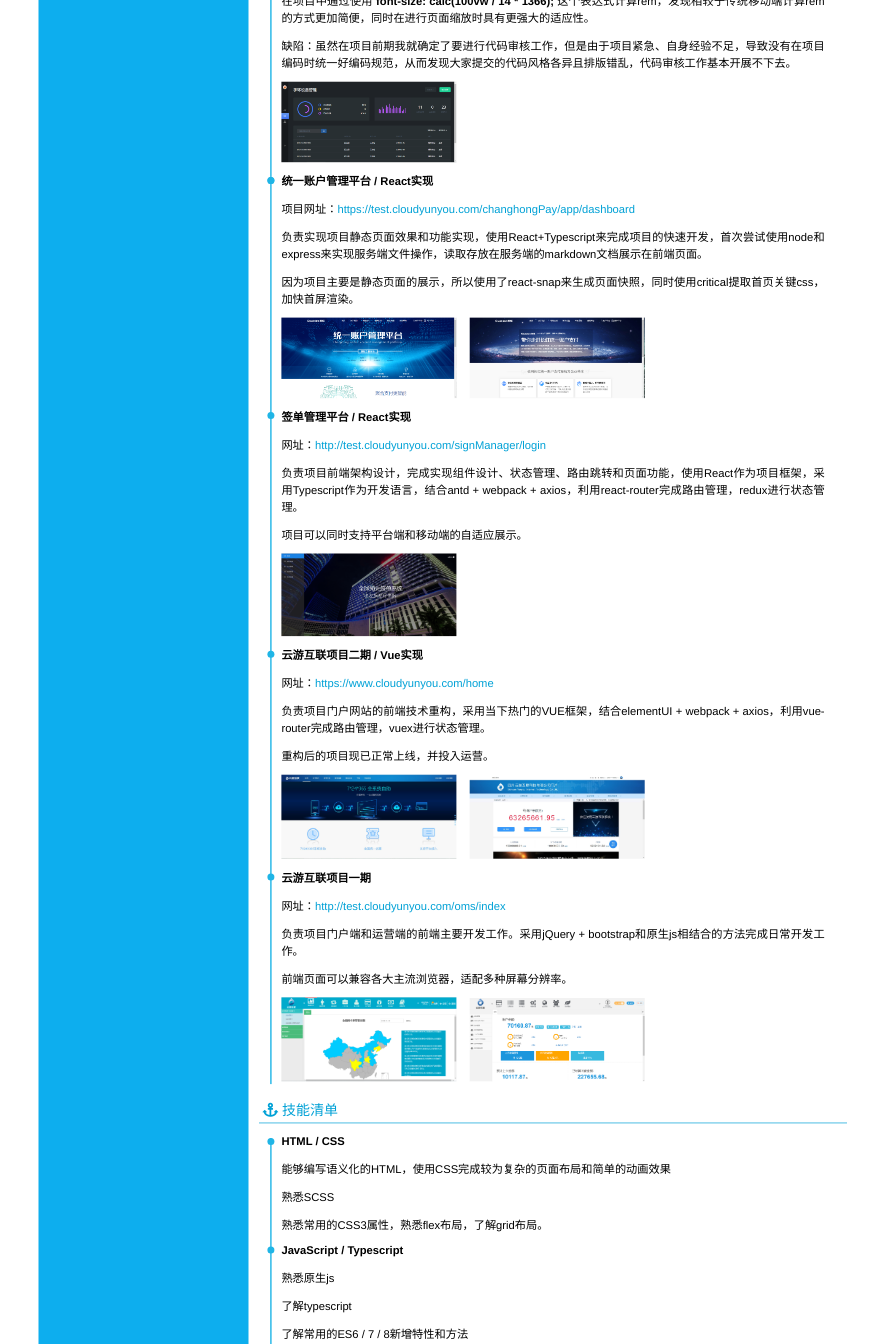
Repository: love962965494/my-resume
Page: index.html
The author's editor kept a copy of each file at every save. The page is drawn from the files as they stood at one save, then again after the next save.
The browser window is 1280 px wide. The pictures show the part of the page from y = 554 to 2474 px (the page is 2799 px tall before and 3135 px after), at 70% of full size.
Some web libraries are served in a nearby version. The style sheet was rebuilt from its Sass, Less or Tailwind sources for each picture, by a compiler version that may differ from the author's.

Above is the page before, as saved 2019-03-27 14:22:04.

After the next save:
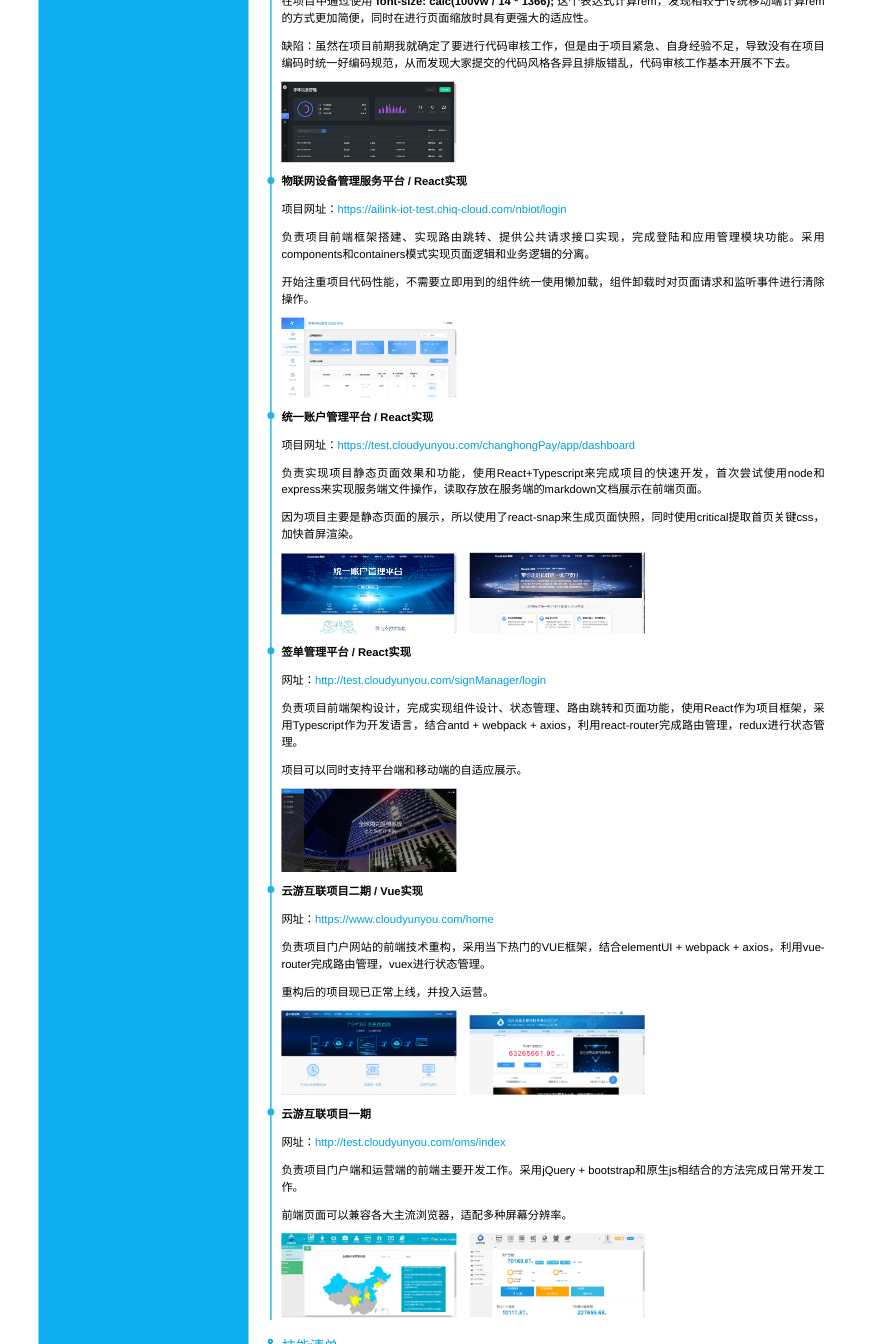
Saved 29 min 40 s later.
--- a/index.html
+++ b/index.html
@@ -143,7 +143,17 @@
                 </div>
               </li>
               <li class="work__item">
-                <div class="work__item--name"></div>
+                <div class="work__item--name">物联网设备管理服务平台 / React实现</div>
+                <div class="work__item--info">
+                  <p>项目网址：<a target="_blank"
+                      href="https://ailink-iot-test.chiq-cloud.com/nbiot/login">https://ailink-iot-test.chiq-cloud.com/nbiot/login</a>
+                  </p>
+                  <p>负责项目前端框架搭建、实现路由跳转、提供公共请求接口实现，完成登陆和应用管理模块功能。采用components和containers模式实现页面逻辑和业务逻辑的分离。</p>
+                  <p>开始注重项目代码性能，不需要立即用到的组件统一使用懒加载，组件卸载时对页面请求和监听事件进行清除操作。</p>
+                </div>
+                <div class="work__item--picture">
+                  <img src="./image/manage.png" alt="物联网设备管理服务平台实现效果图">
+                </div>
               </li>
               <li class="work__item">
                 <div class="work__item--name">统一账户管理平台 / React实现</div>
@@ -152,7 +162,7 @@
                       href="https://test.cloudyunyou.com/changhongPay/app/dashboard">https://test.cloudyunyou.com/changhongPay/app/dashboard</a>
                   </p>
                   <p>
-                    负责实现项目静态页面效果和功能实现，使用React+Typescript来完成项目的快速开发，首次尝试使用node和express来实现服务端文件操作，读取存放在服务端的markdown文档展示在前端页面。
+                    负责实现项目静态页面效果和功能，使用React+Typescript来完成项目的快速开发，首次尝试使用node和express来实现服务端文件操作，读取存放在服务端的markdown文档展示在前端页面。
                   </p>
                   <p>因为项目主要是静态页面的展示，所以使用了react-snap来生成页面快照，同时使用critical提取首页关键css，加快首屏渲染。</p>
                 </div>
